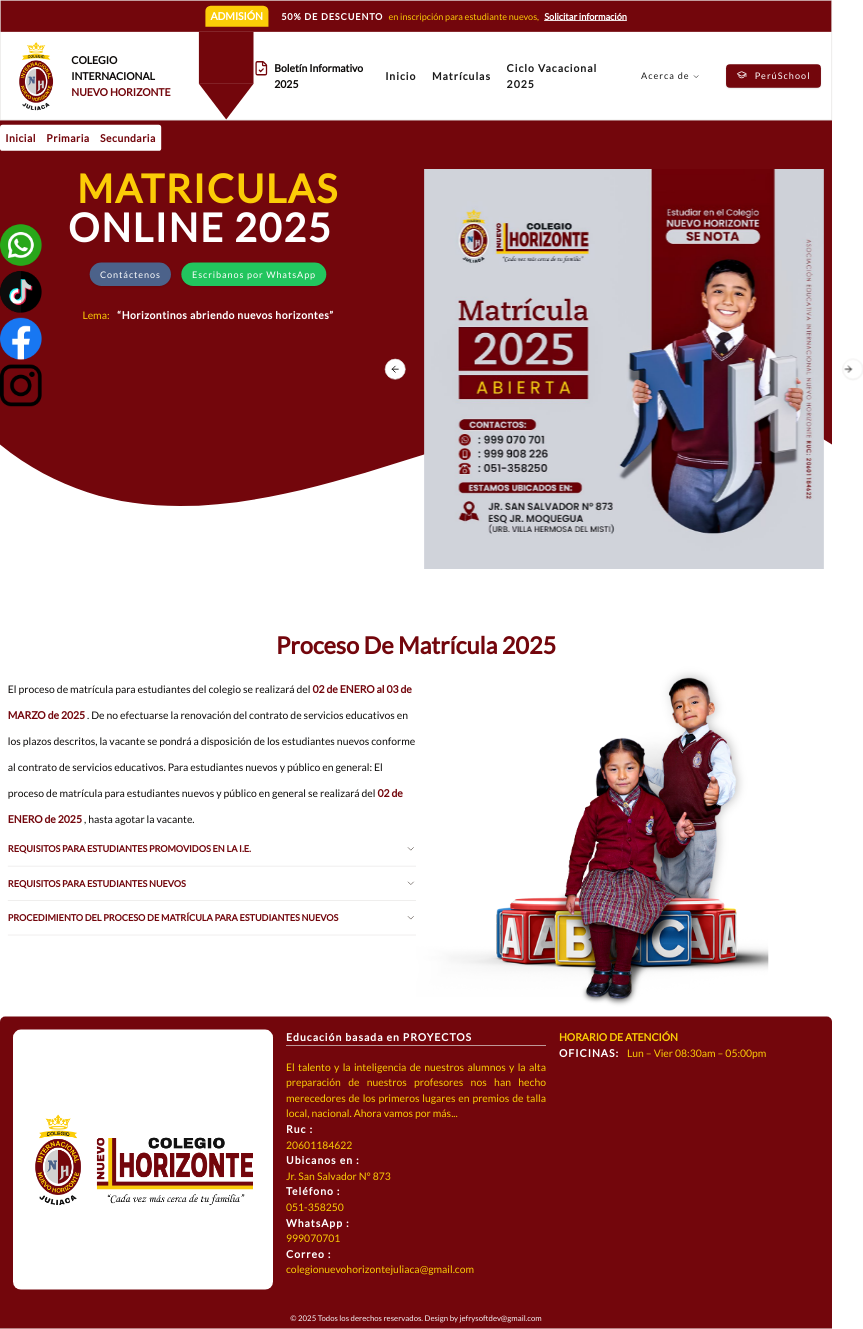
Repository: jefrydep/new_horizont_school
Page: /newstudent
The author's editor kept a copy of each file at every save. The page is drawn from the files as they stood at one save, then again after the next save.
The browser window is 1280 px wide. The page is 1328 px wide, so the pictures cover 1328 px, including what lies to the right of the window. The pictures show the whole page, at 65% of full size.
The project was rebuilt for these pictures with package versions that can differ from the ones it lists, and the page was loaded fresh each time. The framework's server and built-in components were replaced by stand-ins that run in the browser. Also part of the build but not shown: next.config.ts.

Above is the page before, as saved 2024-11-28 21:04:52.

After the next save:
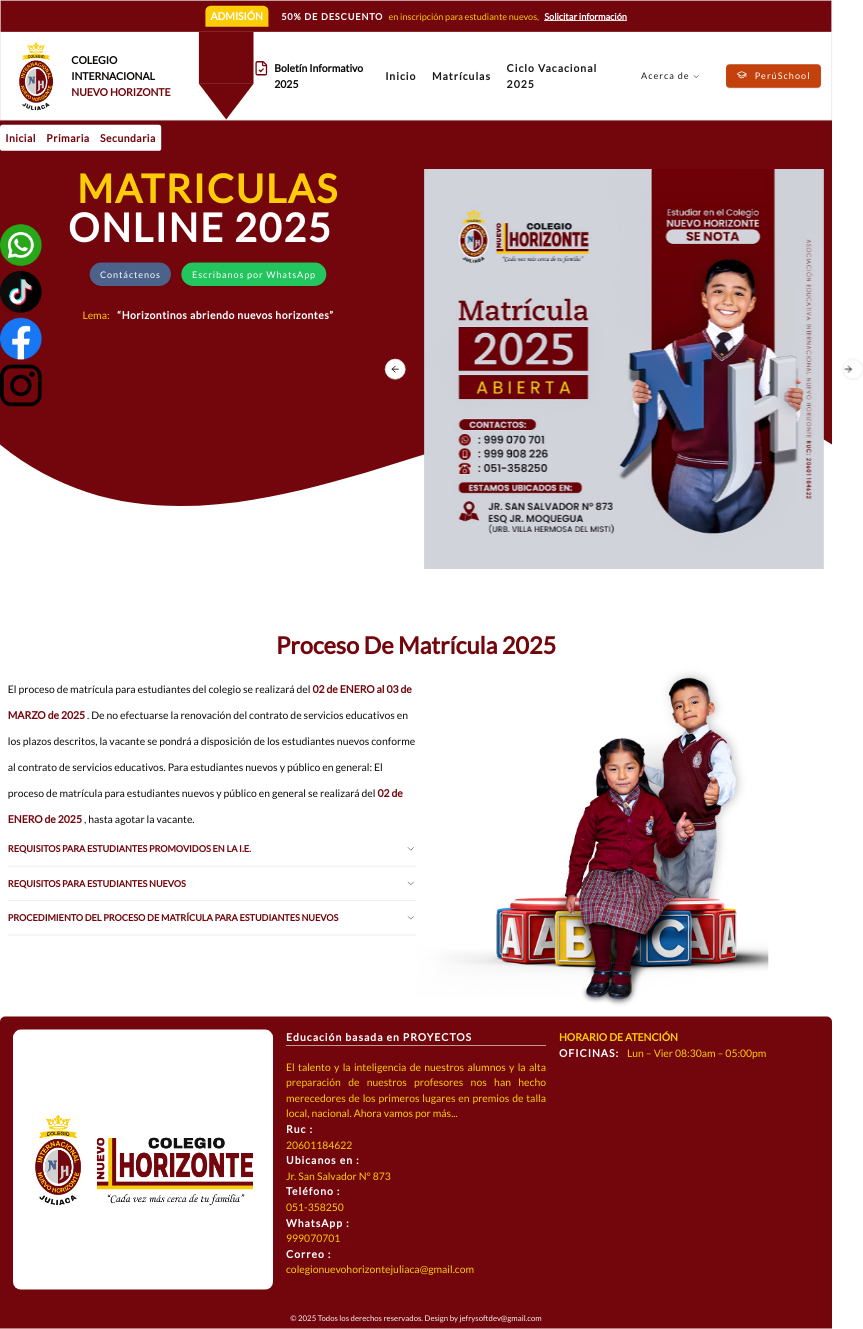
Saved 63 s later.
--- a/src/components/Navbar.tsx
+++ b/src/components/Navbar.tsx
@@ -147,7 +147,7 @@
             </NavigationMenuList>
           </NavigationMenu>
 
-          <Button className="text-white  mr-4 bg-title ">
+          <Button className="text-white  mr-4 bg-title bg-orange-700  ">
             <a
               target="_blank"
               className="flex gap-3"

After the save that followed:
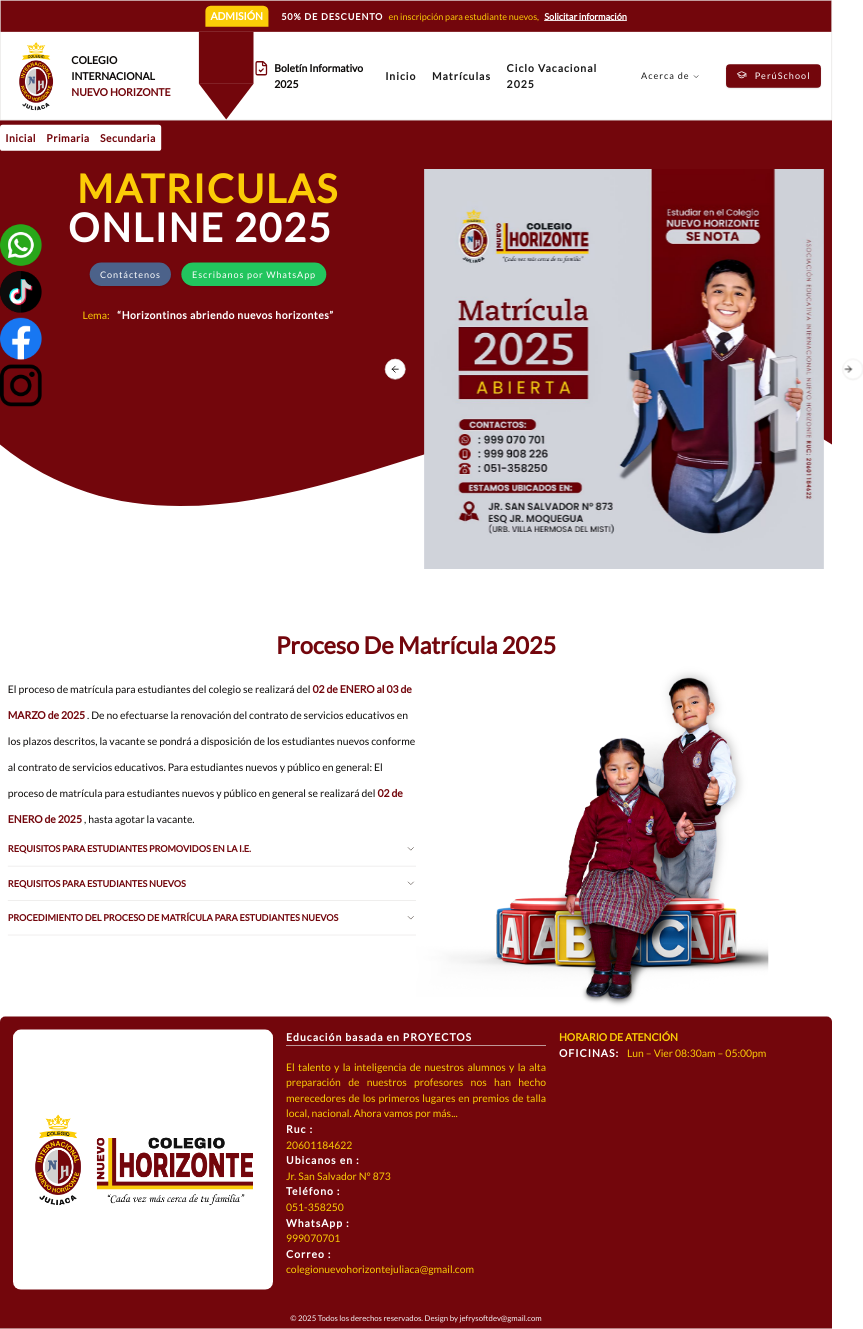
Saved 8 s later.
--- a/src/components/Navbar.tsx
+++ b/src/components/Navbar.tsx
@@ -147,7 +147,7 @@
             </NavigationMenuList>
           </NavigationMenu>
 
-          <Button className="text-white  mr-4 bg-title bg-orange-700  ">
+          <Button className="text-white  mr-4 bg-title hover:bg-orange-700  ">
             <a
               target="_blank"
               className="flex gap-3"
